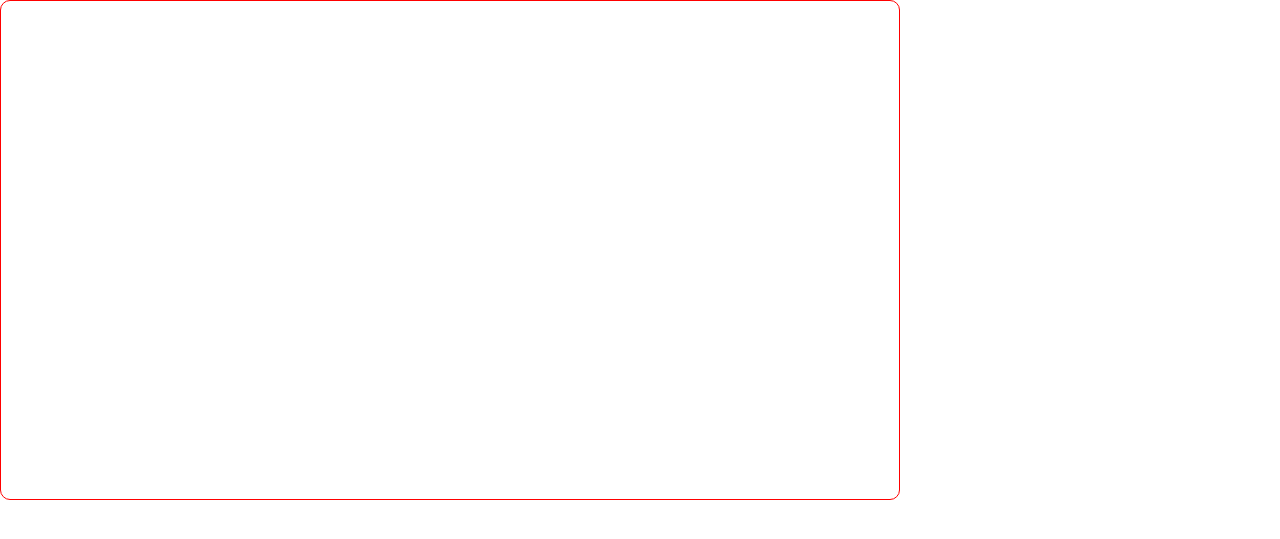
Repository: KamoliddinGIT/column-preview-card
Page: index.html
The author's editor kept a copy of each file at every save. The page is drawn from the files as they stood at one save, then again after the next save.
The browser window is 1280 px wide. The pictures show the whole page.

Above is the page before, as saved 2023-09-15 16:19:03.

After the next save:
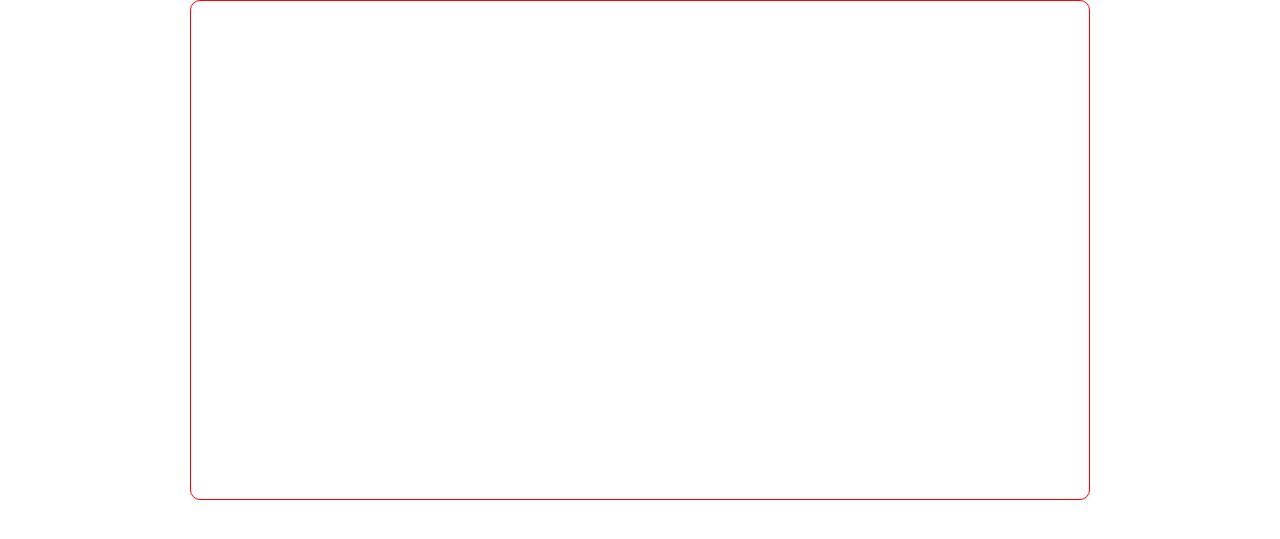
Saved 19 s later.
--- a/css/style.css
+++ b/css/style.css
@@ -2,6 +2,14 @@
   margin: 0;
   padding: 0;
   box-sizing: border-box;
+}
+
+body {
+  display: flex;
+  justify-content: center;
+  align-content: center;
+  width: 100%;
+  height: 100vh;
 }
 
 .container {
